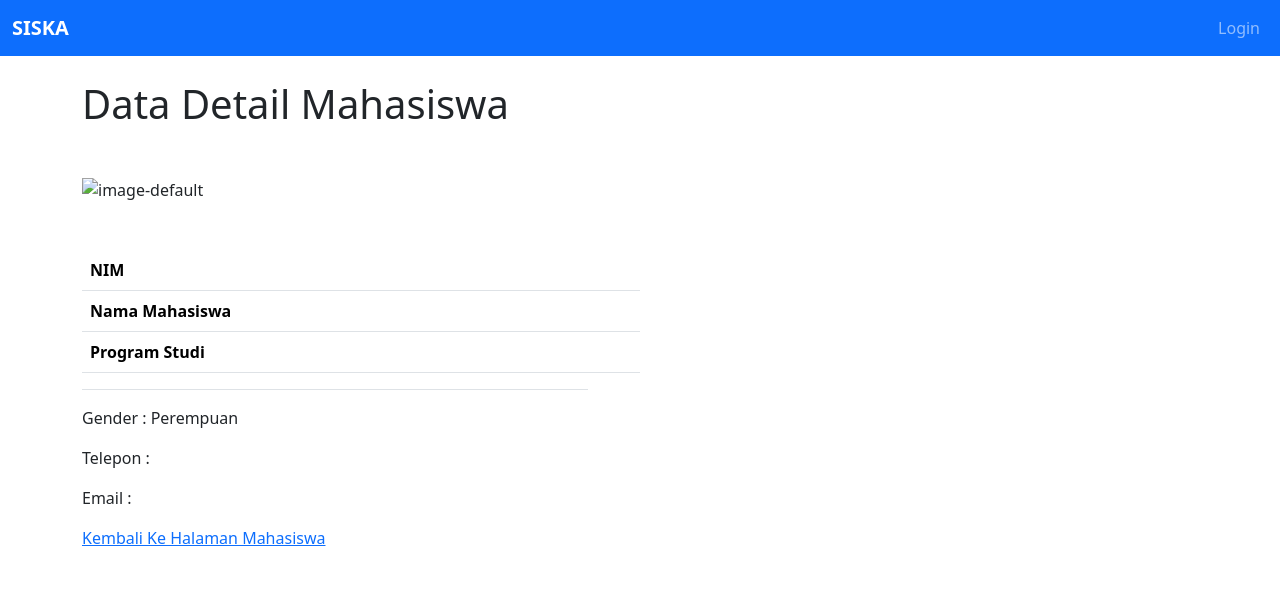
Repository: WiraAtma/administrasi-kampus
Page: resources/views/mahasiswa-detail.blade.php
An editor plug-in stored every save of this project. The page is shown before and after the next save, followed by the edit.
The browser window is 1280 px wide. The pictures show the whole page.
The page is served by the project's Laravel application, run on PHP 8.4 with Laravel 12. Other server files are loaded and not shown. The template is opened directly, without the code that normally fills it, so the values that code supplies are empty.

Above is the page before, as saved 2024-10-26 16:08:20.

### routes/web.php
<?php

use App\Http\Controllers\AuthController;
use App\Http\Controllers\FakultasController;
use App\Http\Controllers\MahasiswaController;
use App\Http\Controllers\ProdiController;
use App\Http\Middleware\AdminAccess;
use App\Http\Middleware\DosenAccess;
use Illuminate\Support\Facades\Route;

Route::get('/', function() {
    return view('home');
});

Route::get('/login', [AuthController::class, 'login'])->name('login')->middleware('guest');
Route::post('/login', [AuthController::class, 'authenticing'])->middleware('guest');
Route::get('/logout', [AuthController::class, 'logout']);

Route::get('/mahasiswa', [MahasiswaController::class, 'index'])->middleware('auth');
Route::get('/mahasiswa-detail/{id}', [MahasiswaController::class, 'show'])->middleware('auth');
Route::get('/mahasiswa-create', [MahasiswaController::class, 'create'])->middleware([AdminAccess::class]);
Route::post('/filter-mahasiswa', [MahasiswaController::class, 'store'])->middleware([AdminAccess::class]);
Route::get('/mahasiswa-edit/{id}', [MahasiswaController::class, 'edit'])->middleware([DosenAccess::class]);
Route::put('/filter-mahasiswa/{id}', [MahasiswaController::class, 'update'])->middleware([DosenAccess::class]);
Route::get('/mahasiswa-delete/{id}', [MahasiswaController::class, 'delete'])->middleware([AdminAccess::class]);
Route::delete('/filter-delete-mahasiswa/{id}', [MahasiswaController::class, 'destroy'])->middleware([AdminAccess::class]);
Route::get('/mahasiswa-temporary', [MahasiswaController::class, 'mahasiswaDeleted'])->middleware([AdminAccess::class]);
Route::get('/filter-restore-mahasiswa/{id}', [MahasiswaController::class, 'restore'])->middleware([AdminAccess::class]);

Route::get('/prodi', [ProdiController::class, 'index'])->middleware('auth');
Route::get('/prodi-detail/{id}', [ProdiController::class, 'show'])->middleware('auth');
Route::get('/prodi-create', [ProdiController::class, 'create'])->middleware([AdminAccess::class]);
Route::post('/filter-prodi', [ProdiController::class, 'store'])->middleware([AdminAccess::class]);
Route::get('/prodi-edit/{id}', [ProdiController::class, 'edit'])->middleware([DosenAccess::class]);
Route::post('/filter-prodi/{id}', [ProdiController::class, 'update'])->middleware([DosenAccess::class]);
Route::get('/prodi-delete/{id}', [ProdiController::class, 'delete'])->middleware([AdminAccess::class]);
Route::delete('/filter-delete-prodi/{id}', [ProdiController::class, 'destroy'])->middleware(AdminAccess::class);
Route::get('/prodi-temporary', [ProdiController::class, 'prodiDeleted'])->middleware([AdminAccess::class]);
Route::get('/filter-restore-prodi/{id}', [ProdiController::class, 'restore'])->middleware([AdminAccess::class]);

Route::get('/fakultas', [FakultasController::class, 'index'])->middleware('auth');

### resources/views/mahasiswa-detail.blade.php
@extends('layouts.mainLayouts')

@section('title','Detail Mahasiswa')

@section('content')
    <h1>Data Detail Mahasiswa</h1>
    <div class="my-5">
        @if ($mahasiswa->image != '')
            <img src="{{ asset('storage/photo/'. $mahasiswa->image) }}" alt="image" style="width:200px">
        @else
            <img src="{{ asset('storage/default/defaultPhoto.jpg') }}" alt="image-default" style="width:200px">
        @endif

    </div>
    <div class="mt-5">
        <table class="table" style="width: 50%">
            <tr>
                <th>NIM</th>
                <td>{{ $mahasiswa->nim }}</td>
            </tr>
            <tr>
                <th>Nama Mahasiswa</th>
                <td>{{ $mahasiswa->name }}</td>
            </tr>
            <tr>
                <th>Program Studi</th>
                <td>{{ $mahasiswa->prodi->name }}</td>
            </tr>
            <tr>
                <th></th>
            </tr>
        </table>
        {{-- <p>NIM : </p>
        <p>Nama : </p>
        <p>Prodi : </p>
        <p>Fakultas :
            {{ $mahasiswa->prodi->fakultas->name }}
        </p> --}}
        <p>
            Gender :
            @if ($mahasiswa->gender === 'L')
                Laki - Laki
            @else
                Perempuan
            @endif
        </p>
        <p>Telepon : {{ $mahasiswa->phone }}</p>
        <p>Email : {{ $mahasiswa->email }}</p>
    </div>
    <a href="/mahasiswa">Kembali Ke Halaman Mahasiswa</a>
@endsection

### resources/views/layouts/mainLayouts.blade.php
<!DOCTYPE html>
<html lang="en">
<head>
    <meta charset="UTF-8">
    <meta name="viewport" content="width=device-width, initial-scale=1.0">
    <meta http-equiv="X-UA-Compatible" content="ie=edge">
    <title>SISKA | @yield('title')</title>
    <link href="https://cdn.jsdelivr.net/npm/bootstrap@5.3.3/dist/css/bootstrap.min.css" rel="stylesheet" integrity="sha384-QWTKZyjpPEjISv5WaRU9OFeRpok6YctnYmDr5pNlyT2bRjXh0JMhjY6hW+ALEwIH" crossorigin="anonymous">
</head>
<body>
    <nav class="navbar sticky-top bg-primary navbar-expand-lg" data-bs-theme="dark">
        <div class="container-fluid">
          <a class="navbar-brand" href="/" style="font-weight: bold">SISKA</a>
          <button class="navbar-toggler" type="button" data-bs-toggle="collapse" data-bs-target="#navbarTogglerDemo02" aria-controls="navbarTogglerDemo02" aria-expanded="false" aria-label="Toggle navigation">
            <span class="navbar-toggler-icon"></span>
          </button>
          <div class="collapse navbar-collapse" id="navbarTogglerDemo02">
              <ul class="navbar-nav me-auto mb-2 mb-lg-0">
              @if(auth()->check() && auth()->user()->name != '')
              @else
                <li class="nav-item">
                  <a class="nav-link invisible {{ request()->is('/') ? 'active' : ''}}" href="/">Beranda</a>
                </li>
              @endif
              @if(auth()->check() && auth()->user()->name != '')
                <li class="nav-item">
                  <a class="nav-link {{ request()->is('mahasiswa') ? 'active' : ''}}" href="/mahasiswa">Mahasiswa</a>
                </li>
                <li class="nav-item">
                  <a class="nav-link {{ request()->is('prodi') ? 'active' : ''}}" href="/prodi">Program Studi</a>
                </li>
                <li class="nav-item">
                  <a class="nav-link {{ request()->is('fakultas') ? 'active' : ''}}" href="/fakultas">Fakultas Kampus</a>
                </li>
              @else
              @endif
              </ul>
            <ul class="navbar-nav">
              <li class="nav-item">
                @if(auth()->check() && auth()->user()->name != '')
                  <a href="/logout" class="nav-link">Logout</a>
                @else
                  <a href="/login" class="nav-link">Login</a>
                @endif
              </li>
            </ul>
          </div>
        </div>
    </nav>
    <div class="container mt-4">
        @yield('content')
    </div>
    <script src="https://cdn.jsdelivr.net/npm/bootstrap@5.3.3/dist/js/bootstrap.bundle.min.js" integrity="sha384-YvpcrYf0tY3lHB60NNkmXc5s9fDVZLESaAA55NDzOxhy9GkcIdslK1eN7N6jIeHz" crossorigin="anonymous"></script>
</body>
</html>

After the next save:
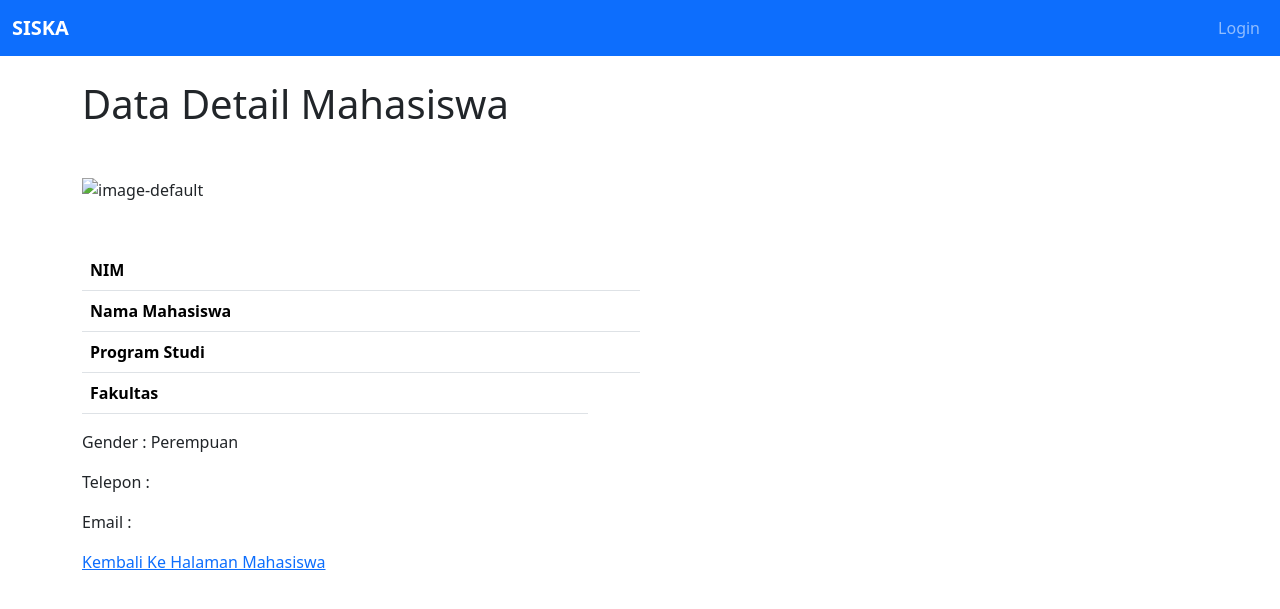
Saved 9 s later.
--- a/resources/views/mahasiswa-detail.blade.php
+++ b/resources/views/mahasiswa-detail.blade.php
@@ -27,7 +27,7 @@
                 <td>{{ $mahasiswa->prodi->name }}</td>
             </tr>
             <tr>
-                <th></th>
+                <th>Fakultas</th>
             </tr>
         </table>
         {{-- <p>NIM : </p>
